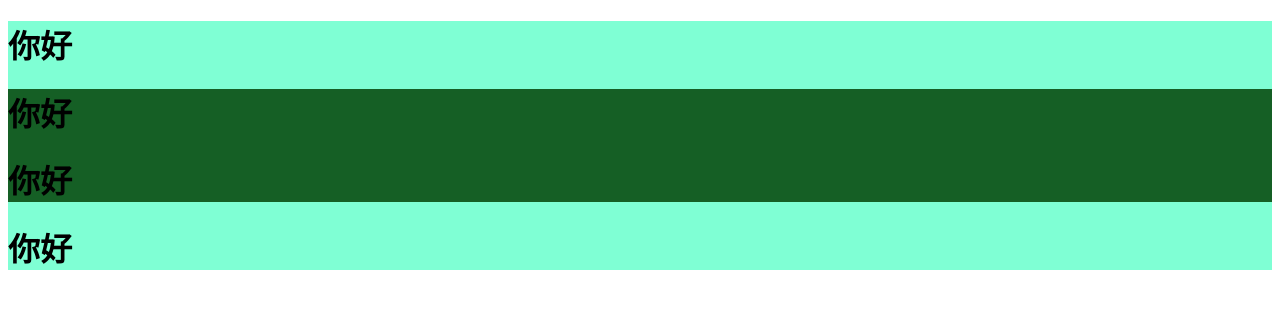
Repository: Lixianlai-2/The-journey-of-learning-Vue
Page: / (app in afterVueCli/Vue_Test/)
An editor plug-in stored every save of this project. The page is shown before and after the next save, followed by the edit.
The browser window is 1280 px wide. The pictures show the whole page.
The project was rebuilt for these pictures with package versions that can differ from the ones it lists, and the page was loaded fresh each time.

Above is the page before, as saved 2022-04-14 16:40:59.

### afterVueCli/Vue_Test/src/main.js
import Vue from "vue";
import App from "./App.vue";

// 关闭生产模式提醒
Vue.config.productionTip = false;

new Vue({
  render: (h) => h(App),
}).$mount("#app");

### afterVueCli/Vue_Test/src/App.vue
<template>
  <div id="app">
    <div class="root">
      <div class="todo-container">
        <div class="todo-wrap">
          <myHeader />
          <myList />
          <myFooter />
        </div>
      </div>
    </div>
  </div>
</template>

<script>
import myHeader from "./components/myHeader.vue";
import myFooter from "./components/myFooter.vue";
import myList from "./components/myList.vue";

export default {
  name: "App",
  components: {
    myHeader,
    myFooter,
    myList,
  },
};
</script>

<style lang="less">
#app {
  background-color: aquamarine;
  .hello {
    border: 1px solid blue;
    background-color: rgb(146, 22, 22);
  }
}
</style>

### afterVueCli/Vue_Test/src/components/myHeader.vue
<template>
  <div>
    <h1>你好</h1>
  </div>
</template>

<script>
export default {
  name: "Header",
};
</script>

<style scoped></style>

### afterVueCli/Vue_Test/src/components/myFooter.vue
<template>
  <div>
    <h1>你好</h1>
  </div>
</template>

<script>
export default {
  name: "Footer",
};
</script>

<style scoped></style>

### afterVueCli/Vue_Test/src/components/myList.vue
<template>
  <div class="items">
    <h1>你好</h1>
    <myItem />
  </div>
</template>

<script>
import myItem from "./myItem.vue";

export default {
  name: "List",
  components: {
    myItem,
  },
};
</script>

<style scoped>
.items {
  background-color: rgb(21, 95, 37);
}
</style>

### afterVueCli/Vue_Test/src/components/myItem.vue
<template>
  <div>
    <h1>你好</h1>
  </div>
</template>

<script>
export default {
  name: "Item",
};
</script>

<style scoped></style>

Loaded but not shown: afterVueCli/Vue_Test/public/index.html (common file)

After the next save:
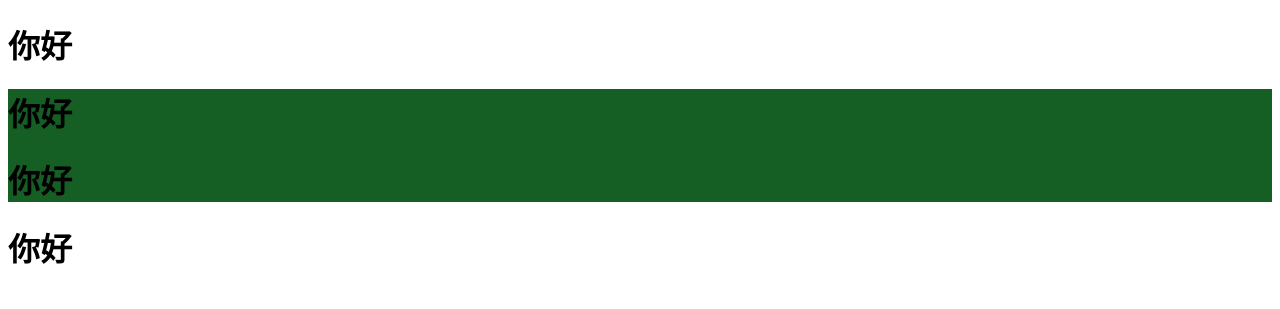
Saved 36 s later.
--- a/afterVueCli/Vue_Test/src/App.vue
+++ b/afterVueCli/Vue_Test/src/App.vue
@@ -1,5 +1,5 @@
 <template>
-  <div id="app">
+  <div id="root">
     <div class="root">
       <div class="todo-container">
         <div class="todo-wrap">
@@ -18,7 +18,7 @@ import myFooter from "./components/myFooter.vue";
 import myList from "./components/myList.vue";
 
 export default {
-  name: "App",
+  name: "Root",
   components: {
     myHeader,
     myFooter,
